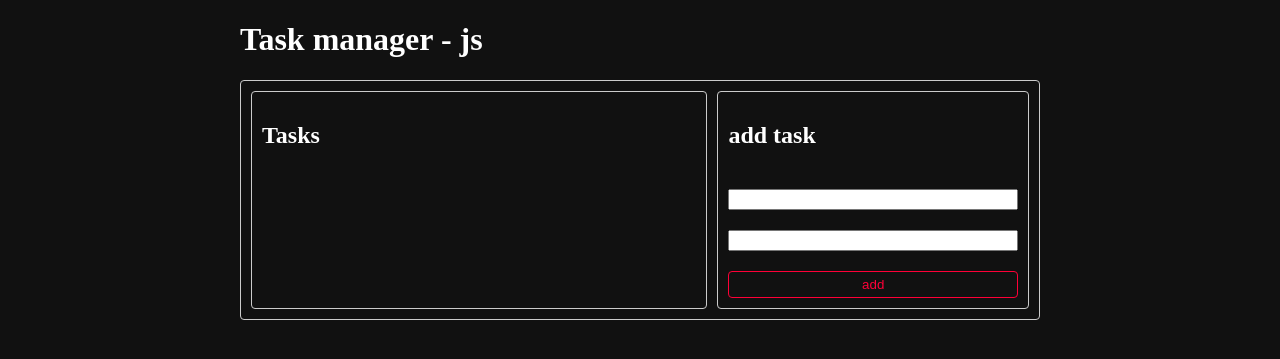
Repository: iKrekus/taskmgr-js
Page: index.html
These files come from the project's save history. The page is drawn as it stood at one moment and after the next save; the edit follows.
The browser window is 1280 px wide. The pictures show the whole page.
The first visible `.btn__add` is being pressed.

Above is the page before, as saved 2024-03-15 16:47:59.

### index.html
<!DOCTYPE html>
<html>
<head>
  <meta charset='utf-8'>
  <meta http-equiv='X-UA-Compatible' content='IE=edge'>
  <title>Task manager - js</title>
  <meta name='viewport' content='width=device-width, initial-scale=1'>
  <link rel='stylesheet' type='text/css' media='screen' href='style.css'>
</head>
<body>
<main class="task-mgr">
  <h1>Task manager - js</h1>
  <div class="task-mgr__container container">
    <div class="task-mgr__tasks-box container">
      <h2>Tasks</h2>
      <ul class="task-mgr__list">
      </ul>
    </div>
    <div class="task-mgr__add-task container">
      <h2>add task</h2>
      <label for="title">
        <input type="text" name="title" id="task-title" class="task-mgr__field">
      </label>
      <label for="description">
        <input type="text" name="description" id="task-description" class="task-mgr__field">
      </label>
      <button type="button" class="btn btn__add" id="btn-add">add</button>
    </div>
  </div>
</main>
<template id="task-tmpl">
  <li>
  <p class="task-title"></p>
  <p class="task-description"></p>
  <button type="button" class="btn btn__remove"></button>
  </li>
</template>
<script src='app.js'></script>
</body>
</html>

### style.css
body {
  background-color: #111111;
  color: #ffffff;
}

.task-mgr {
  max-width: 800px;
  margin: 0 auto;
}

.task-mgr__list {
  list-style-type: none;
  padding: 0;
}

.task-mgr__list li {
  box-shadow: 0 0 10px -5px #ffffff;
  border-radius: 4px;
  padding: 4px 6px;
  position: relative;
  margin-bottom: 16px;
  transition: all .4s ease-in-out;
}

.task-mgr__list p{
  margin: 0;
}

.task-mgr__container {
  display: flex;
  gap: 10px;
}

.task-mgr__tasks-box {
  width: 60%;
}

.task-mgr__add-task {
  width: 40%;
  display: flex;
  flex-direction: column;
  gap: 20px;

}

.task-mgr__add-task label {
  display: flex;
  flex-direction: row;
}


.task-mgr__field {
  width: 100%;
  padding: 1px 5px;
}

.task-mgr-btn {
  width: 100%;
}

.container {
  border: 1px solid #cccccc;
  border-radius: 4px;
  padding: 10px;
}

.task-title {
  font-size: 1.2em;
  color: #ff0037;
  background-color: #222222;
  padding: 0 5px;
  border-radius: 4px 4px 0 0;
}

.task-description {
  background-color: #444444;
  padding: 0 5px;
  border-radius: 0 0 4px 4px;
}

.btn {
  background: none;
  border: 1px solid #ffffff;
  padding: 5px 10px;
  border-radius: 4px;
  color: #ffffff;
}

.btn {
  transition: all .3s ease-in-out;
}

.btn:hover,
.btn:focus {
  cursor: pointer;
  transition: all .3s ease-in-out;
}

.btn__add:hover {
  color: #ff0037;
  border-color: #ff0037;
}

.btn__remove {
  position: absolute;
  content: "";
  top: -8px;
  right: -6px;
  width: 16px;
  height: 16px;
  padding: 0;
}


.btn__remove::before {
  position: absolute;
  left: 50%;
  top: 50%;
  transform: translate(-50%, -50%) rotate(-45deg);
  content: "";
  height: 1px;
  width: 10px;
  background-color: #ffffff;
}

.btn__remove::after {
  position: absolute;
  left: 50%;
  top: 50%;
  transform: translate(-50%, -50%) rotate(45deg);
  content: "";
  height: 1px;
  width: 10px;
  background-color: #ffffff;
}

.btn__remove:hover::before {
  transform: translate(-50%, -50%) rotate(180deg);
  transition: all .3s ease-in-out;
}


.btn__remove:hover::after {
  transform: translate(-50%, -50%) rotate(180deg);
  transition: all .3s ease-in-out;
}

.task-mgr__list li:has(.btn__remove:hover) {
  transform: translateY(-5px);
  transition: all .4s ease-in-out;
}

### app.js
const taskTitleField = document.querySelector('#task-title');
const taskDescriptionField = document.querySelector('#task-description');
const buttonAdd = document.querySelector('#btn-add');
const taskTitle = document.querySelector('.task-mgr__list');
const taskTemplate = document.querySelector('#task-tmpl').content;

buttonAdd.addEventListener('click', function () {
  if (taskTitleField.value && taskDescriptionField.value) {
  createTask(taskTitleField.value, taskDescriptionField.value);
  clear();
  }

})

function clear(){
  taskTitleField.value='';
  taskDescriptionField.value='';
};

function createTask (name, description) {
  const task = taskTemplate.cloneNode(true);
  task.querySelector('.task-title').textContent = name;
  task.querySelector('.task-description').textContent = description;
  task.querySelector('.btn__remove').addEventListener('click', function(){
    this.closest('LI').remove();
  });
  renderTask(task)
}

function renderTask (task) {
  const taskElement = document.createDocumentFragment();
  taskElement.append(task);
  taskTitle.append(taskElement);
}

After the next save:
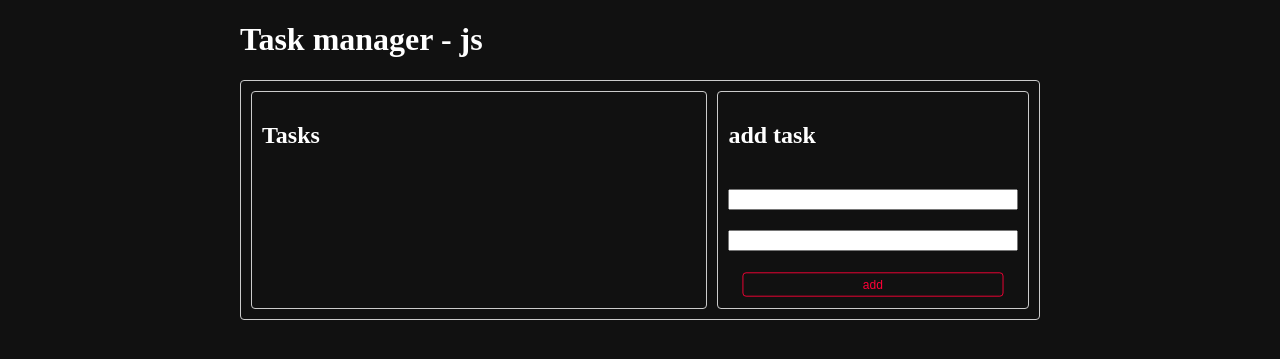
Saved 38 s later.
--- a/style.css
+++ b/style.css
@@ -96,6 +96,10 @@ body {
   transition: all .3s ease-in-out;
 }
 
+.btn__add:active {
+  transform: scale(0.9);
+}
+
 .btn__add:hover {
   color: #ff0037;
   border-color: #ff0037;
